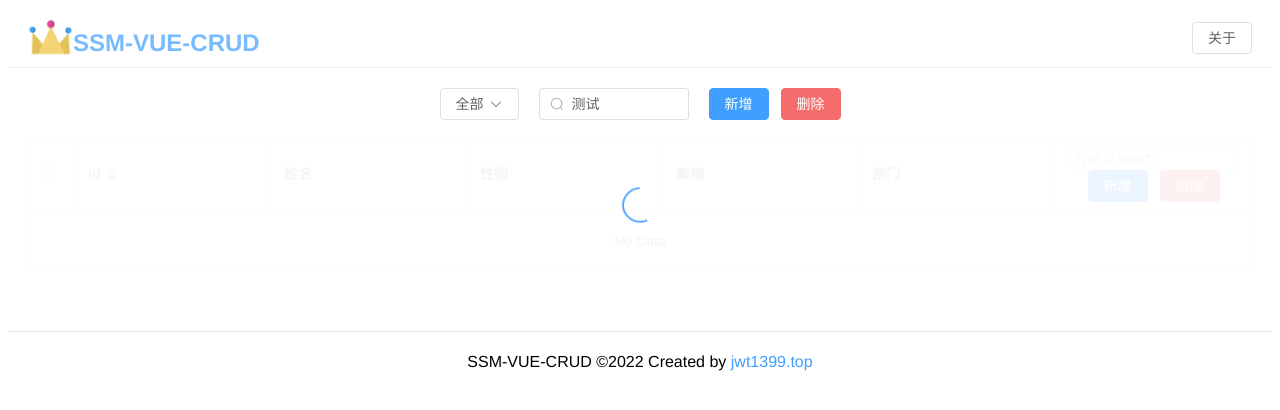
Repository: jwt1399/ssm-vue-crud
Page: / (app in ssm-crud-front/)
These files come from the project's save history. The page is drawn as it stood at one moment and after the next save; the edit follows.
The browser window is 1280 px wide. The pictures show the whole page.
The page's requests for data from a server got no answer. The project was rebuilt for these pictures with package versions that can differ from the ones it lists, and the page was loaded fresh each time. No one was signed in, and anything a server would have sent is missing. Also part of the build but not shown: ssm-crud-front/vue.config.js.

Above is the page before, as saved 2022-06-17 14:56:06.

After the next save:
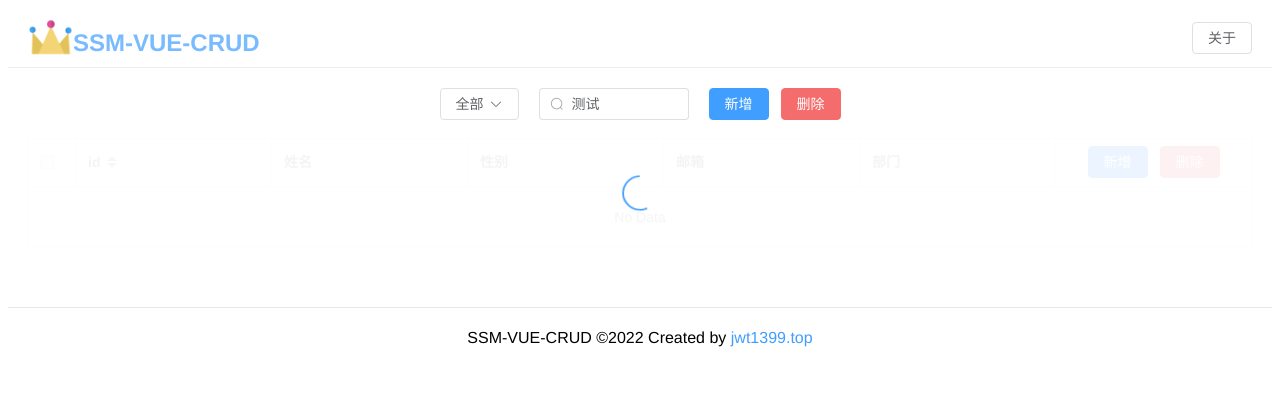
Saved 22 s later.
--- a/ssm-crud-front/src/views/CrudView.vue
+++ b/ssm-crud-front/src/views/CrudView.vue
@@ -66,9 +66,8 @@
         <!-- <el-table-column label="操作"> -->
         <el-table-column align="center">
           <template #header>
-            <el-input v-model="search" size="small" placeholder="Type to search" />
-                  <el-button type="primary" size="default" @click="handleAdd()">新增</el-button>
-      <el-button type="danger" size="default" @click="handleBatchDelete()">删除</el-button>
+            <el-button type="primary" size="default" @click="handleAdd()">新增</el-button>
+            <el-button type="danger" size="default" @click="handleBatchDelete()">删除</el-button>
           </template>
           <template #default="scope">
             <el-button
